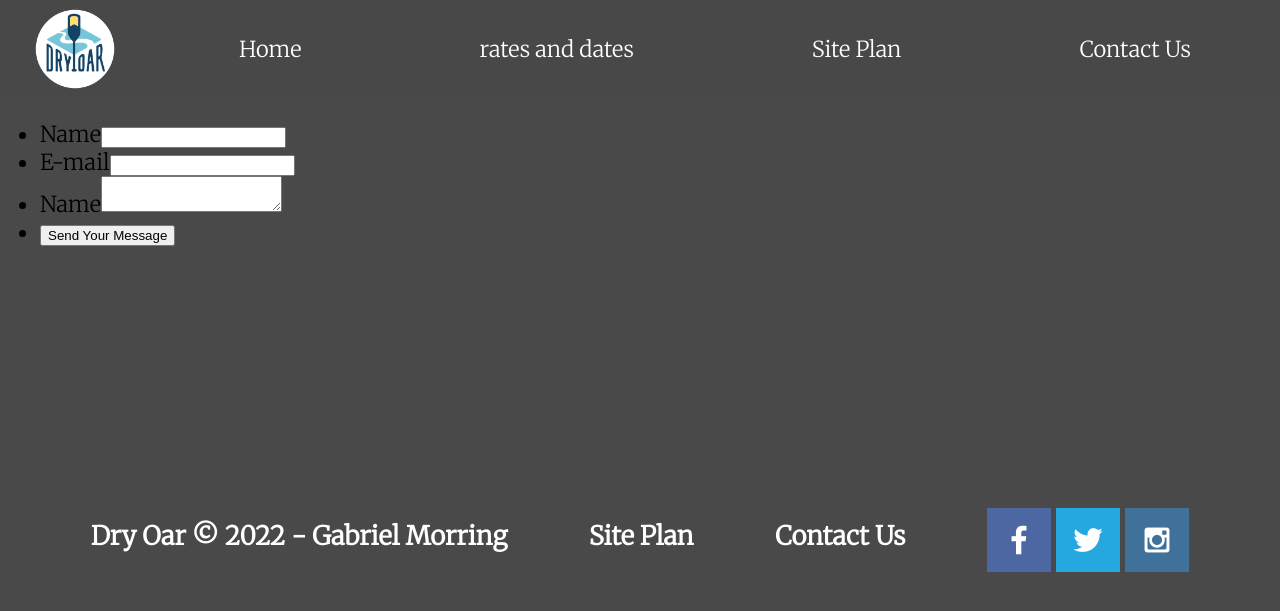
Repository: GabrielMorring/wdd130
Page: wwr/contactus.html
The author's editor kept a copy of each file at every save. The page is drawn from the files as they stood at one save, then again after the next save.
The browser window is 1280 px wide. The pictures show the whole page.
Some web fonts or font styles are not loaded; a fallback is used.

Above is the page before, as saved 2022-06-21 10:25:50.

### wwr/contactus.html
<!DOCTYPE html>
<html lang="en">
  <head>
    <meta charset="UTF-8" />
    <meta http-equiv="X-UA-Compatible" content="IE=edge" />
    <meta name="viewport" content="width=device-width, initial-scale=1.0" />
    <title>Whitewater Rafting Vacations | Dry Oar Boating | Contact Us</title>
    <link rel="stylesheet" href="./styles/style.css" />
  </head>
  <body>
    <div id="content">
      <header>
        <a id="logo_link" href="index.html">
          <img class="logo" src="images/logo.png" alt="Dry Oar Logo" />
        </a>
        <nav>
          <a href="index.html">Home</a>
          <a href="rate_dates.html">rates and dates</a>
          <a href="site-plan-rafting.html">Site Plan</a>
          <a href="contactus.html">Contact Us</a>
        </nav>
      </header>

      <main class="rates_dates">
        <form action="/my-handling-form-page" method="post">
          <ul>
            <li>
              <label for="name">Name</label
              ><input type="text" id="name" name="user_name" />
            </li>
            <li>
              <label for="mail">E-mail</label
              ><input type="email" id="mail" name="user_email" />
            </li>
            <li>
              <label for="msg">Name</label
              ><textarea name="user_message" id="msg"></textarea>
            </li>
            <li class="button">
              <button type="submit">Send Your Message</button>
            </li>
          </ul>
        </form>
      </main>

      <footer>
        <h3>Dry Oar &copy; 2022 - Gabriel Morring</h3>
        <h3><a href="site-plan-rafting.html">Site Plan</a></h3>
        <h3><a href="contactus.html">Contact Us</a></h3>
        <div class="social">
          <a href="https://facebook.com" target="_blank">
            <img src="./images/facebook.png" alt="fb icon" />
          </a>
          <a href="https://twitter.com" target="_blank">
            <img src="./images/twitter.png" alt="twitter icon" />
          </a>
          <a href="https://instagram.com" target="_blank">
            <img src="./images/instagram.png" alt="instagram icon" />
          </a>
        </div>
      </footer>
    </div>
  </body>
</html>

### wwr/styles/style.css
@import url("https://fonts.googleapis.com/css2?family=Fredericka+the+Great&family=Merriweather:wght@300&display=swap");

#content {
  max-width: 1600px;
  margin: 0 auto;
}

#logo_link {
  padding-top: 5px;
  justify-self: center;
  align-self: center;
}

nav a {
  text-decoration: none;
  color: white;
  text-align: center;
  padding: 35px;
}

#hero {
  display: grid;
  grid-template-columns: 1fr 3fr 1fr;
  margin-top: -100px;
}

#hero-box {
  grid-column: 1/4;
  grid-row: 1/3;
  z-index: -1;
}

#hero-msg {
  grid-column: 2/3;
  grid-row: 1/2;
  margin-top: 100px;
}

#hero-msg h1,
#hero-msg h4 {
  text-align: center;
}

#hero-img {
  width: 100%;
}

.button-box {
  text-align: center;
}

.home-grid {
  display: grid;
  grid-template-columns: repeat(10, 1fr);
}

.card-img,
.mountains {
  width: 100%;
}

.card-img:hover {
  opacity: 0.6;
  transform: scale(1.1);
}

.rivers-card {
  grid-column: 2/4;
  grid-row: 2/3;
}

.camping-card {
  grid-column: 5/7;
  grid-row: 2/3;
}

.rapids-card {
  grid-column: 8/10;
  grid-row: 2/3;
}

#background {
  grid-column: 1/11;
  grid-row: 4/9;
}

.mountains {
  width: 100%;
  grid-column: 2/7;
  grid-row: 5/8;
  box-shadow: 5px 5px 10px #6f7364;
}

.msg {
  grid-column: 6/10;
  grid-row: 6/7;
  background-color: #494949;
  font-family: "Fredericka the Great";
  line-height: 1.5em;
  padding: 35px;
  box-shadow: 5px 5px 10px #6f7364;
}

main section {
  text-align: center;
}

#background {
  height: 725px;
}

body {
  background-color: #494949;
  font-family: "Merriweather";
  font-size: 22px;
  margin: 0;
  padding: 0;
}

h2 {
  margin: 0;
}

header {
  display: grid;
  grid-template-columns: 150px auto;
  background-color: #49494999;
}

nav {
  display: flex;
  justify-content: space-around;
}

nav a:hover {
  background-color: #20a4f3;
  color: white;
}

.book,
.join {
  background-color: #494949;
  color: white;
  text-decoration: none;
  font-size: 18px;
  padding: 15px 30px;
  margin-top: 50px;
  border-radius: 5px;
}

.rivers-card,
.camping-card,
.rapids-card {
  margin: 200px 0;
}

.card-img {
  border: 10px solid #2f6a55;
  transition: transform 0.5s;
  box-shadow: 5px 5px 10px #6f7364;
}

main section img {
  box-sizing: border-box;
}

.book:hover,
.join:hover {
  background-color: #20a4f3;
  color: white;
}

#background {
  background-color: #494949;
}

footer {
  background-color: #494949;
  padding: 25px 50px;
  margin-top: 200px;
  display: flex;
  justify-content: space-around;
  align-items: center;
}

.home-title {
  color: white;
  font-family: "Fredericka the Great";
  font-size: 2em;
  margin-top: 10px;
}

h4 {
  color: white;
}

.msg h2 {
  color: white;
}

.msg p {
  color: white;
  font-size: 0.8em;
  padding-bottom: 15px;
}

footer h3 {
  color: white;
}

footer h3 a:hover {
  text-decoration: underline;
}

footer a {
  color: white;
  text-decoration: none;
}

footer a:hover {
  color: white;
}

footer .social img {
  padding-top: 15px;
}

.logo {
  width: 80px;
}

.icon {
  width: 80px;
  padding-top: 10px;
}

/* rates and dates page styling */

.rates_dates {
  display: grid;
  grid-template-columns: repeat(2, 1fr);
}

.rates_image {
  z-index: -1;
  grid-column: 1/3;
  grid-row: 1/4;
  width: 100%;
}

.rates_image > img {
  width: 100%;
}

.rates_dates > h1 {
  grid-column: 1/3;
  grid-row: 1/2;
  text-align: center;
  font-family: "Fredericka the Great";
  color: white;
}

.grand_3 {
  grid-column: 1/2;
  grid-row: 2/3;
}

.grand_6 {
  grid-column: 2/3;
  grid-row: 2/3;
}

.salmon {
  grid-column: 1/2;
  grid-row: 3/4;
}

.desolation {
  grid-column: 2/3;
  grid-row: 3/4;
}

.rates_dates > section {
  background: transparent;
}

.rates_dates > section > div {
  background-color: #494949;
  color: white;
  margin: auto;
  width: 500px;
  height: 350px;
  border-radius: 10px;
  box-shadow: 5px 5px 10px #6f7364;
  padding: 20px;
}

.rates_dates > section > div > h2 {
  font-family: "Fredericka the Great";
  font-size: 1.3em;
  text-align: center;
  padding-bottom: 10px;
}

.rates_dates > section > div > h3 {
  display: inline;
  padding: 0 80px;
  font-family: "Merriweather";
  font-size: 1em;
}

.lists {
  display: flex;
  justify-content: space-between;
  padding: 0 80px;
}

.lists > ol {
  list-style: none;
  padding: 50px 30px;
  border: solid 1px white;
  font-family: "Merriweather";
  font-size: 0.7em;
}

.date_list {
  position: relative;
  left: -51px;
}

@media screen and (max-width: 900px) {
  #hero,
  .home-grid {
    display: block;
    height: auto;
  }
  nav,
  footer {
    flex-direction: column;
  }
  nav a {
    display: block;
    padding: 15px;
  }
  #hero {
    margin-top: 0;
  }
  #hero-msg {
    margin-top: 0;
  }
  #hero-msg h4 {
    display: none;
  }
  .home-title {
    font-size: 25px;
    color: #6f7364;
  }
  .rivers-card,
  .camping-card,
  .rapids-card {
    margin: 50px auto;
    width: 60%;
  }
  #background {
    display: none;
  }
  .mountains,
  .msg {
    width: 80%;
    display: block;
    margin: 0 auto;
  }
  footer {
    margin-top: 25px;
  }
}

After the next save:
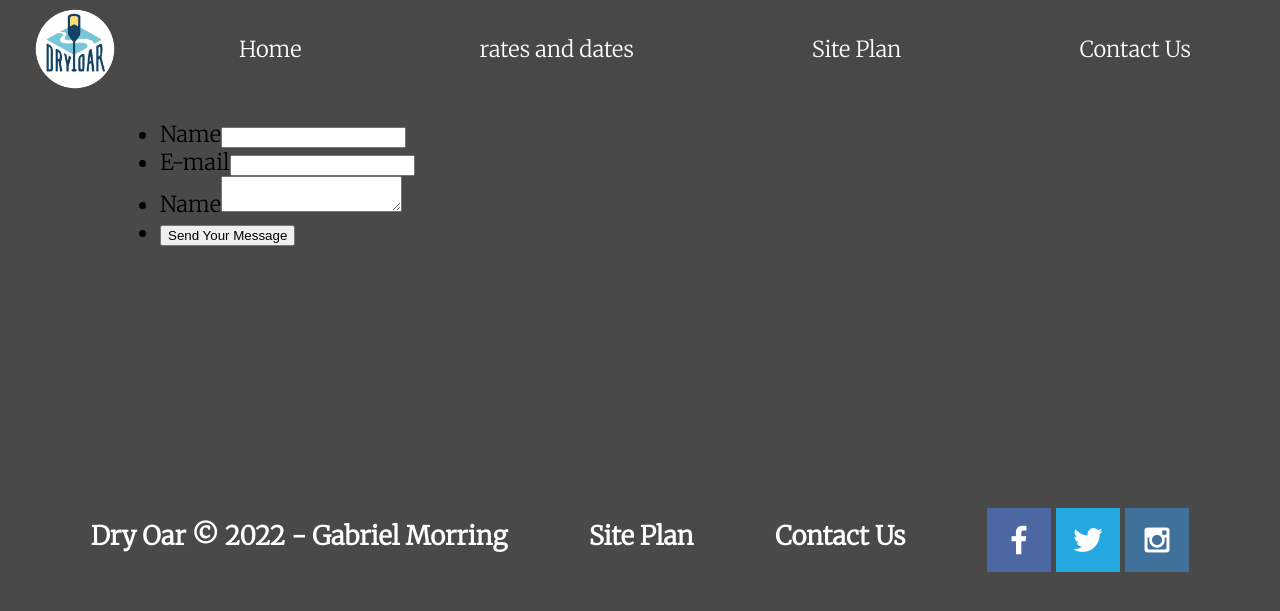
Saved 3 min 42 s later.
--- a/wwr/contactus.html
+++ b/wwr/contactus.html
@@ -6,6 +6,12 @@
     <meta name="viewport" content="width=device-width, initial-scale=1.0" />
     <title>Whitewater Rafting Vacations | Dry Oar Boating | Contact Us</title>
     <link rel="stylesheet" href="./styles/style.css" />
+    <style>
+      form {
+        margin: 0 auto;
+        width: 400px;
+      }
+    </style>
   </head>
   <body>
     <div id="content">
